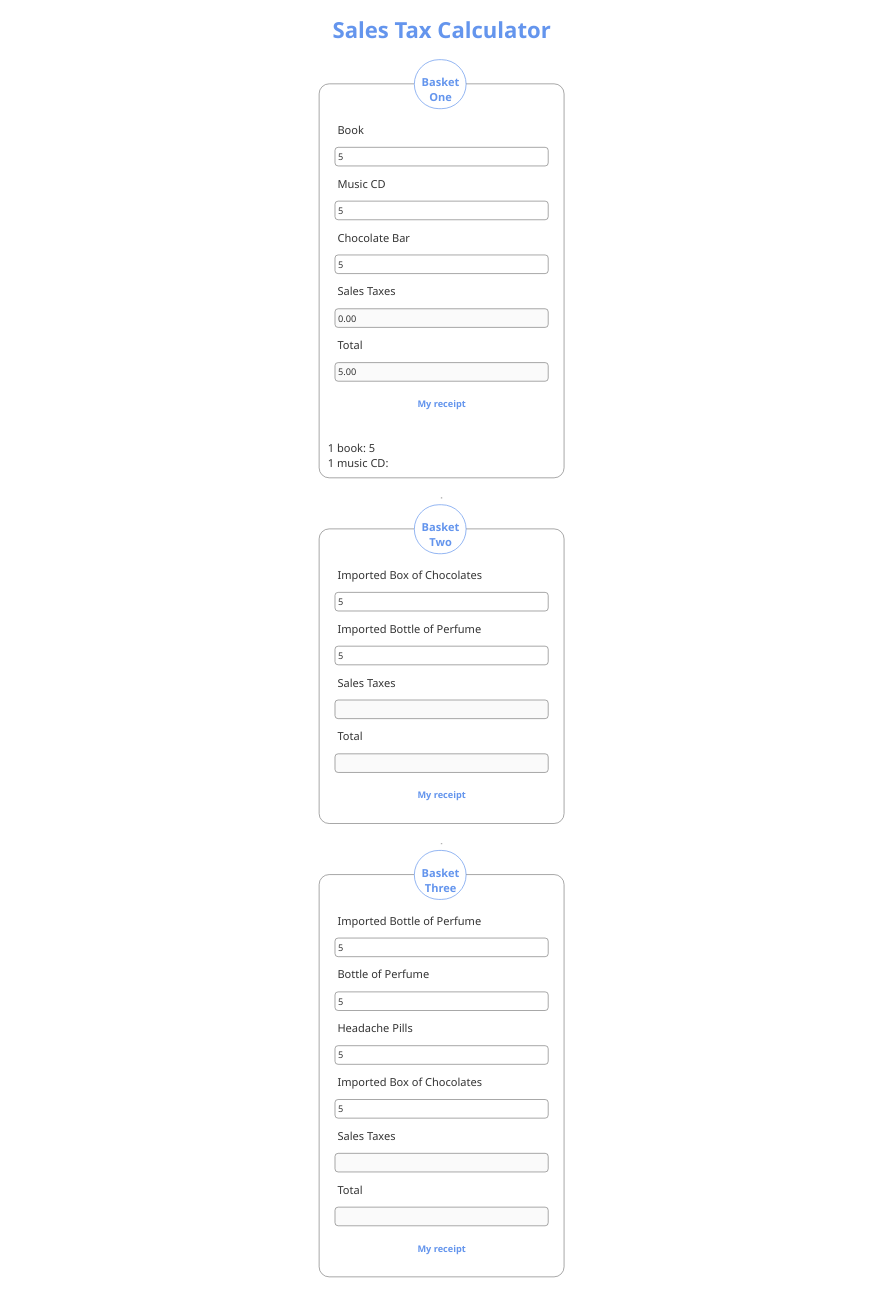
Repository: duzzisantos/sales-tax
Page: index.html
These files come from the project's save history. The page is drawn as it stood at one moment and after the next save; the edit follows.
The browser window is 1280 px wide. The pictures show the whole page, at 69% of full size.
Empty fields were first filled with sample values (such as "Sample", 5 or name@example.com).
After loading, the first visible `#book` was changed once.

Above is the page before, as saved 2022-05-25 22:26:43.

After the next save:
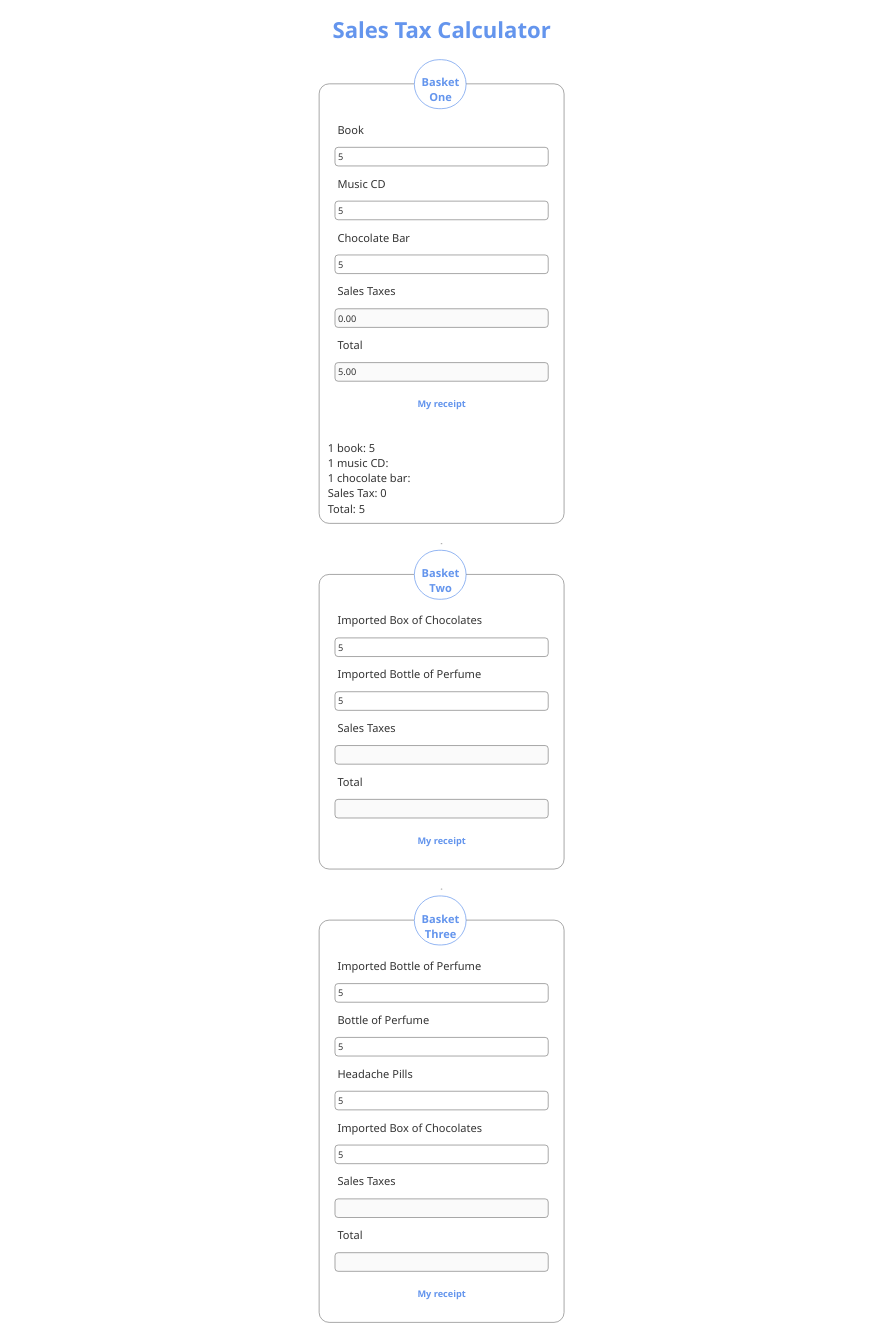
Saved 91 s later.
--- a/first.js
+++ b/first.js
@@ -38,5 +38,5 @@ const basketOne = () => {
 
   //Receipt list
   const listOne = document.getElementById("listOne");
-   listOne.innerHTML = `<br>1 book: ${book}<br>1 music CD: ${musicCD}`
+  listOne.innerHTML = `<br>1 book: ${book}<br>1 music CD: ${musicCD}<br>1 chocolate bar: ${chocolateBar}<br>Sales Tax: ${totalTaxes}<br>Total: ${netPayment}<br>`;
 };
